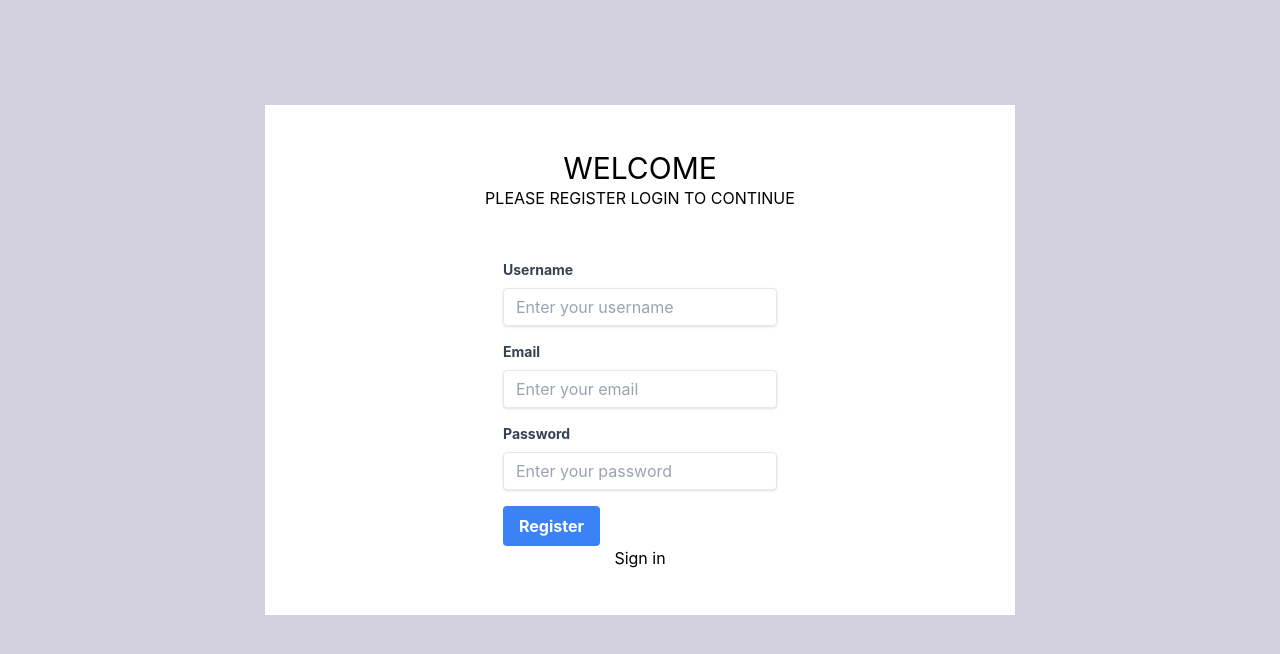
Repository: cosmicswati/upgrad-captions-project
Page: /account/signin
These files come from the project's save history. The page is drawn as it stood at one moment and after the next save; the edit follows.
The browser window is 1280 px wide. The pictures show the whole page.
The project was rebuilt for these pictures with package versions that can differ from the ones it lists, and the page was loaded fresh each time.

Above is the page before, as saved 2024-04-09 12:01:18.

### src/App.js
import Auth from "./modules/Authorization";


function App() {
  return (
    <div>
       <Auth />
    </div>
  );
}

export default App;

### src/modules/Authorization/index.js
import React from 'react'
import Form from './Form'

const Auth = () => {
  return (
    <div>
      <Form/>
    </div>
  )
}

export default Auth

### src/modules/Authorization/Form.jsx
import { useState } from 'react';
import Input from '../../components/Input';
import Button from '../../components/Button';
import { ReactComponent as Loginsvg } from '../../assets/Loginsvg.svg';

const Form = ({ isSignInPage: propIsSignInPage = false }) => {
    const [isSignInPage, setIsSignInPage] = useState(propIsSignInPage);

    return (
        <div className='bg-[#d2cfdf] h-screen w-full flex justify-center items-center'>
            <div className='h-[510px] w-[750px] bg-white flex justify-between items-center'>
                <div className={`w-full flex flex-col justify-center items-center ${!isSignInPage && 'order-2'}`}>
                    <div className='text-3xl'>WELCOME {isSignInPage && 'BACK'}</div>
                    <div className='mb-[50px]'>PLEASE {isSignInPage ? 'LOGIN' : 'REGISTER'} LOGIN TO CONTINUE</div>
                    <form>
                        {!isSignInPage && <Input label='Username' type='text' placeholder='Enter your username' />}
                        <Input label='Email' type='email' placeholder='Enter your email' />
                        <Input label='Password' type='password' placeholder='Enter your password' />
                        <Button label={isSignInPage ? 'Sign in' : 'Register'} />
                    </form>
                    <div className='cursor-pointer' onClick={() => setIsSignInPage(!isSignInPage)}>
                        {isSignInPage ? 'create a new account' : 'Sign in'}
                    </div>
                </div>
                {isSignInPage && <Loginsvg className="order-2" width={'300px'} height={'300px'} />}
            </div>
        </div>
    );
};

export default Form;

### src/components/Input/index.js
import React from 'react'

const Input = ({
    name = '',
    label ='',
    type ='',
    placeholder =''
}) => {
  return (
    <div class="mb-4">
        {
          label &&
          <label class="block text-gray-700 text-sm font-bold mb-2" for={name}>
             {label}
          </label>
        }

        <input class="shadow apperance-none border rounded w-full py-2 px-3
         text-gray-700 leading-tight focus:outline-none focus:shadow-outline"
         id={name} type={type} placeholder={placeholder} />

    </div>
  )
}

export default Input

### src/components/Button/index.js
import React from 'react'

const Button = ({
    label ='',
    className =''
}) => {
  return (
    <button className={`bg-blue-500 hover:bg-blue-700 text-white font-bold py-2 px-4 rounded ${className}`}>
      {label}
  </button>
  )
}

export default Button

### tailwind.config.js
/** @type {import('tailwindcss').Config} */
module.exports = {
 mode:'jit',
 purge: [
  './public/**/*.html',
  './src/**/*.{js,jsx,ts,tsx,vue}',
 ],
  content: [
    "./src/**/*.{js,jsx,ts,tsx}",
  ],
  theme: {
    extend: {},
  },
  plugins: [],
}

Loaded but not shown: public/index.html (common file); src/index.js (common file); src/index.css (common file); src/reportWebVitals.js (common file)

After the next save:
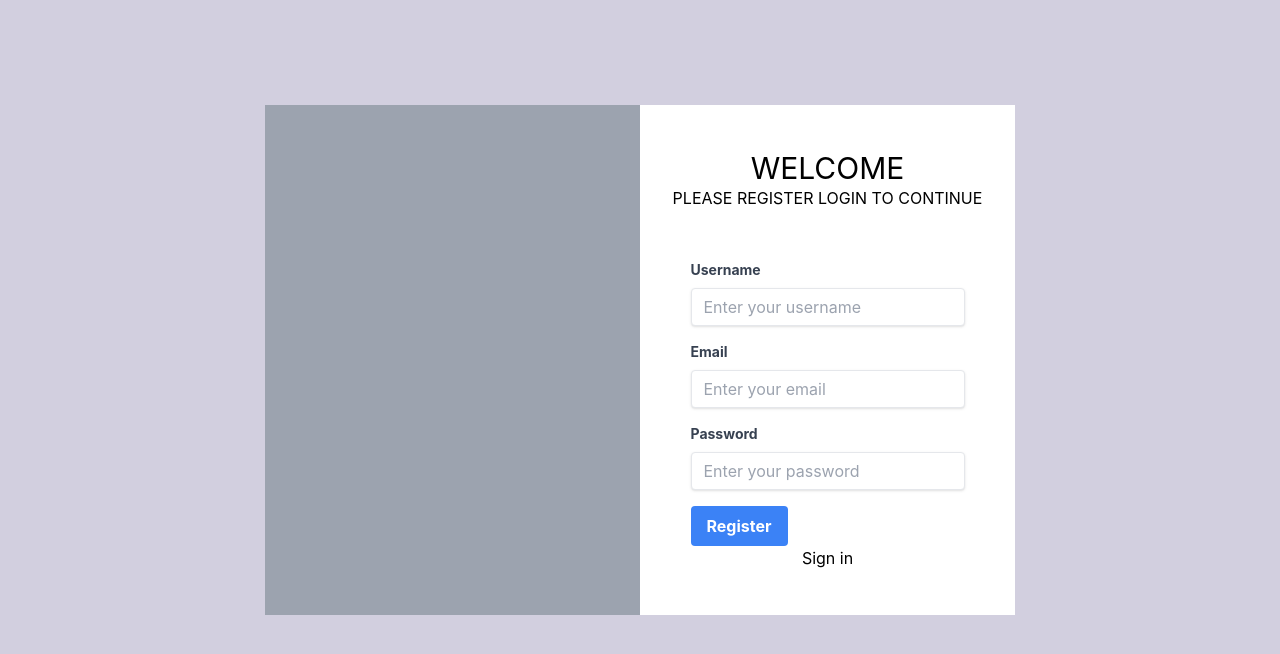
Saved 43 s later.
--- a/src/modules/Authorization/Form.jsx
+++ b/src/modules/Authorization/Form.jsx
@@ -8,8 +8,9 @@ const Form = ({ isSignInPage: propIsSignInPage = false }) => {
 
     return (
         <div className='bg-[#d2cfdf] h-screen w-full flex justify-center items-center'>
-            <div className='h-[510px] w-[750px] bg-white flex justify-between items-center'>
-                <div className={`w-full flex flex-col justify-center items-center ${!isSignInPage && 'order-2'}`}>
+            <div className='h-[510px] w-[750px] bg-white flex justify-center items-center'>
+                <div className={`h-full w-full flex flex-col justify-center items-center ${!isSignInPage && 'order-2'}`}>
+
                     <div className='text-3xl'>WELCOME {isSignInPage && 'BACK'}</div>
                     <div className='mb-[50px]'>PLEASE {isSignInPage ? 'LOGIN' : 'REGISTER'} LOGIN TO CONTINUE</div>
                     <form>
@@ -22,8 +23,11 @@ const Form = ({ isSignInPage: propIsSignInPage = false }) => {
                         {isSignInPage ? 'create a new account' : 'Sign in'}
                     </div>
                 </div>
-                {isSignInPage && <Loginsvg className="order-2" width={'300px'} height={'300px'} />}
+                <div className={`h-full w-full bg-gray-400 ${!isSignInPage && 'order-1'}`}>
+                {isSignInPage && <Loginsvg width={'300px'} height={'500px'} />}
+                </div>
             </div>
+
         </div>
     );
 };
